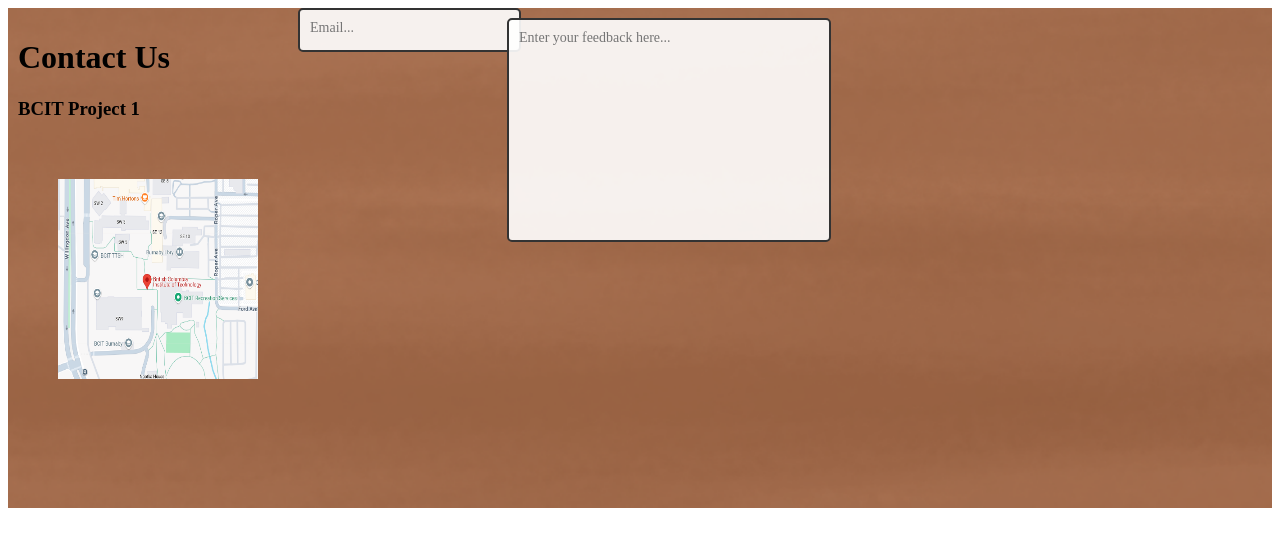
Repository: AlyssaHug/Bandit-Breakout
Page: index.html
These files come from the project's save history. The page is drawn as it stood at one moment and after the next save; the edit follows.
The browser window is 1280 px wide. The pictures show the whole page.
Some web fonts or font styles are not loaded; a fallback is used.

Above is the page before, as saved 2025-05-06 23:06:12.

### index.html
<!DOCTYPE html>
<html lang="en">
    <head>
        <meta charset="UTF-8" />
        <meta
            name="viewport"
            content="width=device-width, initial-scale=1.0" />
        <link
            rel="stylesheet"
            href="styles.css" />
        <title>Bandit Breakout</title>
    </head>
    <body>
        <header></header>
        <main>
            <div class="download-now"></div>
            <div class="Contact-us-apps"></div>
        </main>
        <footer>
            <div class="Contact-us">
                <h1>Contact Us</h1>
                <h3>BCIT Project 1</h3>
                <img
                    class="bcit-map"
                    src="img/BCIT.png"
                    alt="BCIT Map" />
            </div>
            <div class="feedback-email">
                <textarea
                    class="email-text"
                    placeholder="Email..."></textarea>
            </div>
            <div class="feedback">
                <textarea
                    class="feedback-text"
                    placeholder="Enter your feedback here..."
                    rows="5"
                    cols="40"></textarea>
            </div>
        </footer>
    </body>
</html>

### styles.css
@import url("https://fonts.googleapis.com/css2?family=Wellfleet&display=swap");

@font-face {
    font-family: "Western Bang Bang";
    src: url("fonts/WesternBangBang.ttf") format("truetype");
    font-weight: normal;
    font-style: normal;
}

:root {
    /* Font Families */
    --font-western: "Western Bang Bang", sans-serif;
    --font-wellfleet: "Wellfleet", serif;

    /* Font Sizes */
    --font-size-h1: 48px;
    --font-size-h2: 36px;
    --font-size-h3: 32px;
    --font-size-h4: 24px;
    --font-size-body: 14px;
    --font-size-caption: 11px;
}
.bcit-map {
    width: 200px;
    height: 200px;
    padding: 40px;
}
.Contact-us {
    padding: 10px 0 0 10px;
}
footer {
    background-image: url("img/board.png");
    background-size: 200% auto;
    background-repeat: no-repeat;
    background-position: center;
    min-height: 500px;
    height: 500px;
    width: 100%;
    margin: 0;
    padding: 0;
    display: flex;
}
.feedback {
    padding: 10px 0 0 10px;
    width: 300px;
    height: 100px;
}

.feedback-text {
    width: 100%;
    height: 200px;
    padding: 10px;
    border: 2px solid #333;
    border-radius: 5px;
    font-family: var(--font-wellfleet);
    font-size: var(--font-size-body);
    resize: none;
    background-color: rgba(255, 255, 255, 0.9);
}
.email-text {
    width: 100%;
    height: 20px;
    padding: 10px;
    border: 2px solid #333;
    border-radius: 5px;
    font-family: var(--font-wellfleet);
    font-size: var(--font-size-body);
    resize: none;
    background-color: rgba(255, 255, 255, 0.9);
}

After the next save:
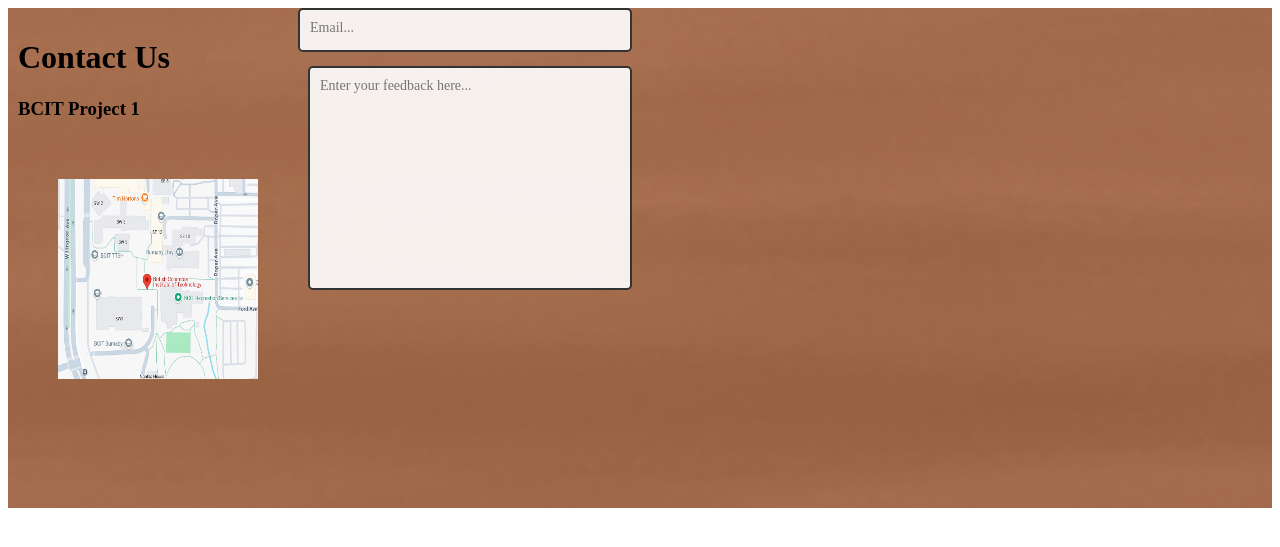
Saved 2 min 7 s later.
--- a/index.html
+++ b/index.html
@@ -25,18 +25,20 @@
                     src="img/BCIT.png"
                     alt="BCIT Map" />
             </div>
-            <div class="feedback-email">
-                <textarea
-                    class="email-text"
-                    placeholder="Email..."></textarea>
-            </div>
-            <div class="feedback">
-                <textarea
-                    class="feedback-text"
-                    placeholder="Enter your feedback here..."
-                    rows="5"
-                    cols="40"></textarea>
-            </div>
+            <section class="feedback-section">
+                <div class="feedback-email">
+                    <textarea
+                        class="email-text"
+                        placeholder="Email..."></textarea>
+                </div>
+                <div class="feedback">
+                    <textarea
+                        class="feedback-text"
+                        placeholder="Enter your feedback here..."
+                        rows="5"
+                        cols="40"></textarea>
+                </div>
+            </section>
         </footer>
     </body>
 </html>
